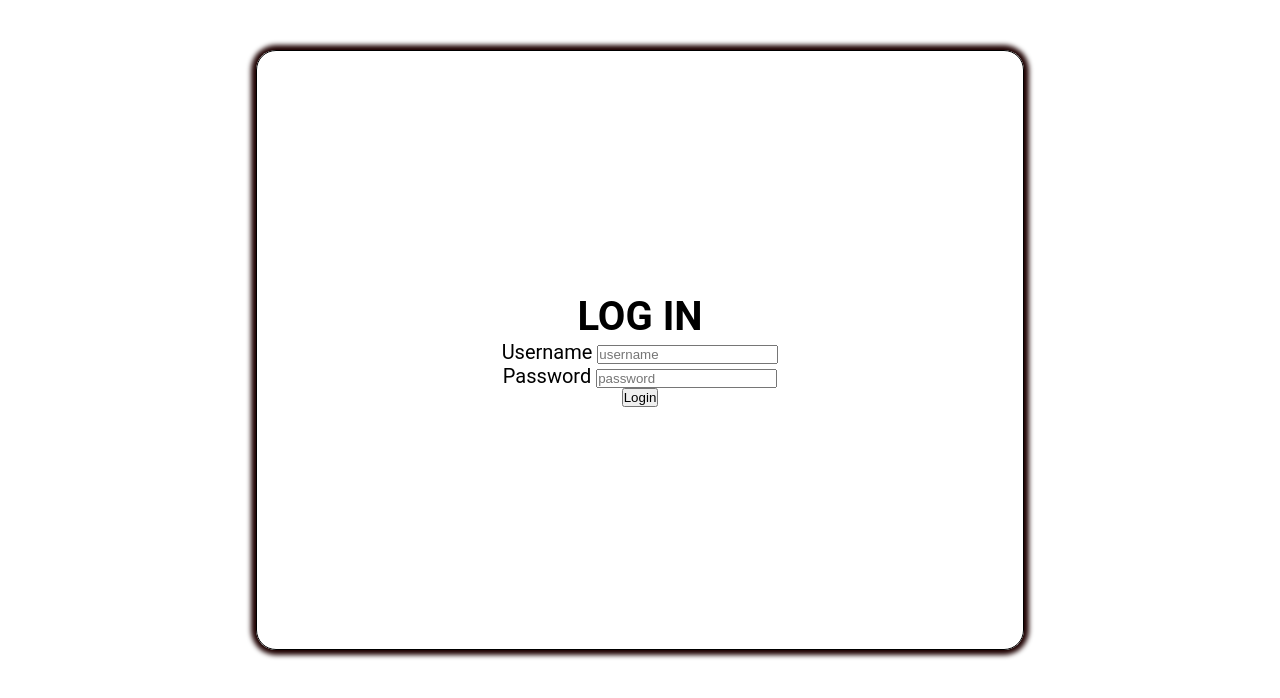
Repository: huyna1707/learning-git
Page: index.html
The author's editor kept a copy of each file at every save. The page is drawn from the files as they stood at one save, then again after the next save.
The browser window is 1280 px wide. The pictures show the whole page.

Above is the page before, as saved 2024-08-09 23:22:15.

### index.html
<!DOCTYPE html>
<html>
<head>
    <title>Form Login</title>
    <link rel="stylesheet" href="style.css">
    <script defer src="main.js"></script>
</head>
<body>
    <form action="menu">
        <h4>LOG IN</h4>
        <label for="username">Username
            <input type="text" placeholder="username" id="username">
        </label>
        <label for="passworld">Password
            <input type="password" placeholder="password" id="password">
        </label>
        <button type="submit" onclick="login">Login</button>
    </form>
</body>
</html>

### style.css
*{
    margin: 0;
    padding: 0;
    box-sizing: border-box;
}

html{
    font-size: 15px;
    font-family: 'Roboto', sans-serif;
    display: flex;
    justify-content: center;
    align-items: center;
}

form{
    width: 60vw;
    height: 600px;
    display: flex;
    flex-direction: column;
    justify-content: center;
    align-items: center;
    margin-top: 50px;
    border: 1px solid black;
    border-radius: 20px;
    box-shadow: rgb(30, 0, 0) 0 0 5px 5px;
}

form h4{
    font-size: 40px;
    font-weight: 600;
}
form label{
    font-size : 20px;
    margin: 0 15p;
}

### main.js
// window.prompt('What is your name?');

After the next save:
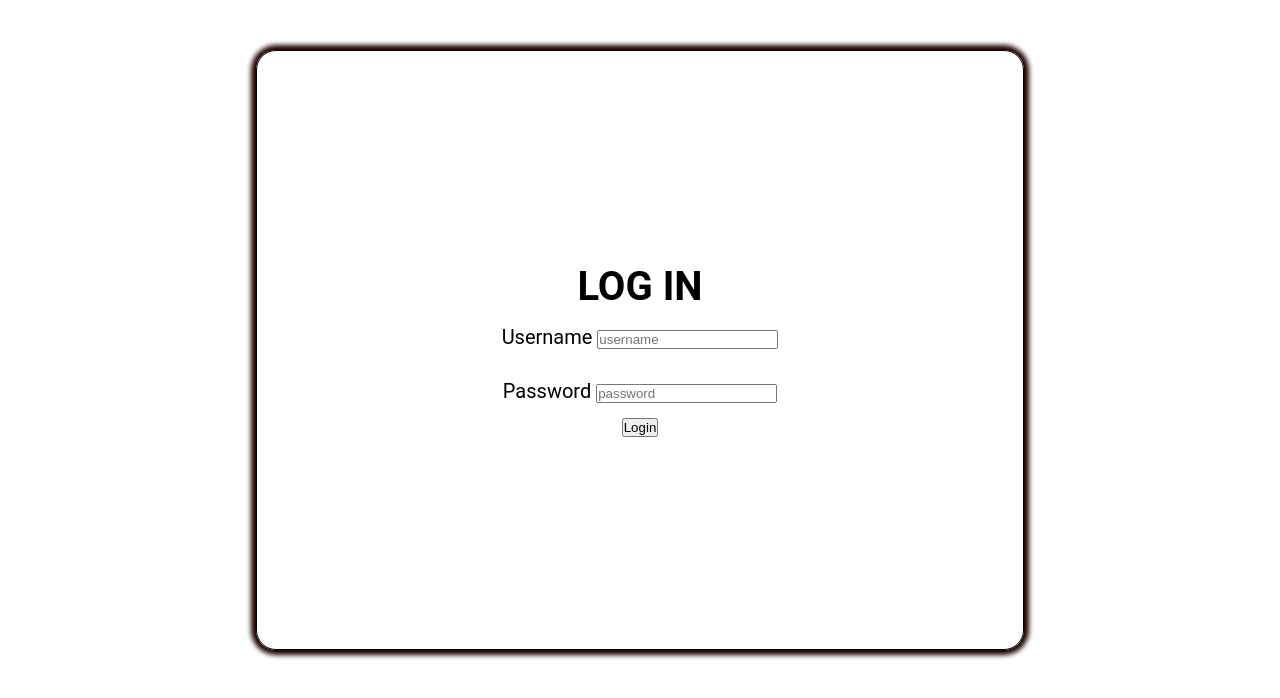
Saved 4 s later.
--- a/style.css
+++ b/style.css
@@ -31,5 +31,5 @@ form h4{
 }
 form label{
     font-size : 20px;
-    margin: 0 15p;
+    margin: 15px ;
 }
